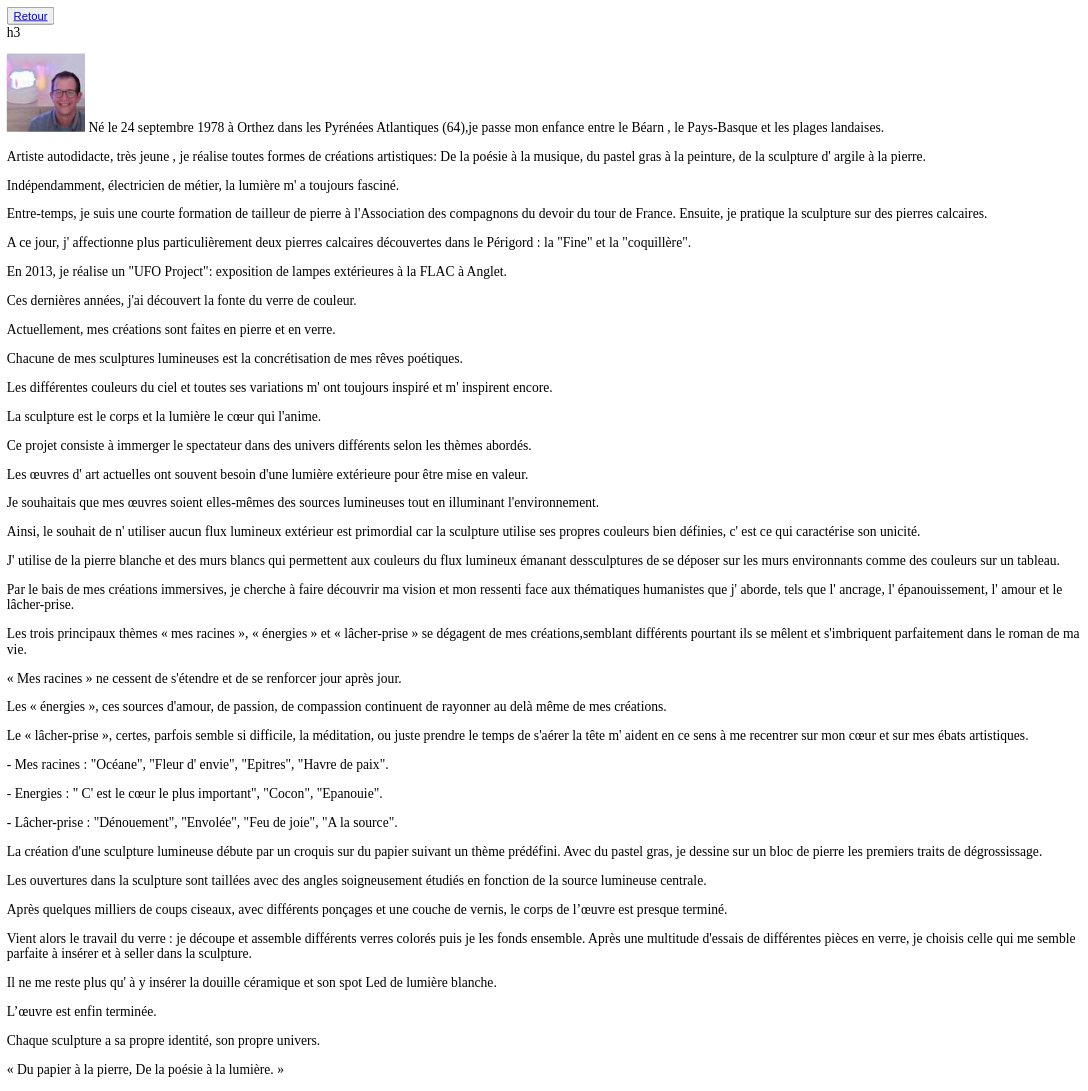
Repository: lysianebo/EricBidart
Page: presentation_more.html
These files come from the project's save history. The page is drawn as it stood at one moment and after the next save; the edit follows.
The browser window is 1280 px wide. The pictures show the whole page, at 85% of full size.

Above is the page before, as saved 2023-10-29 10:10:24.

After the next save:
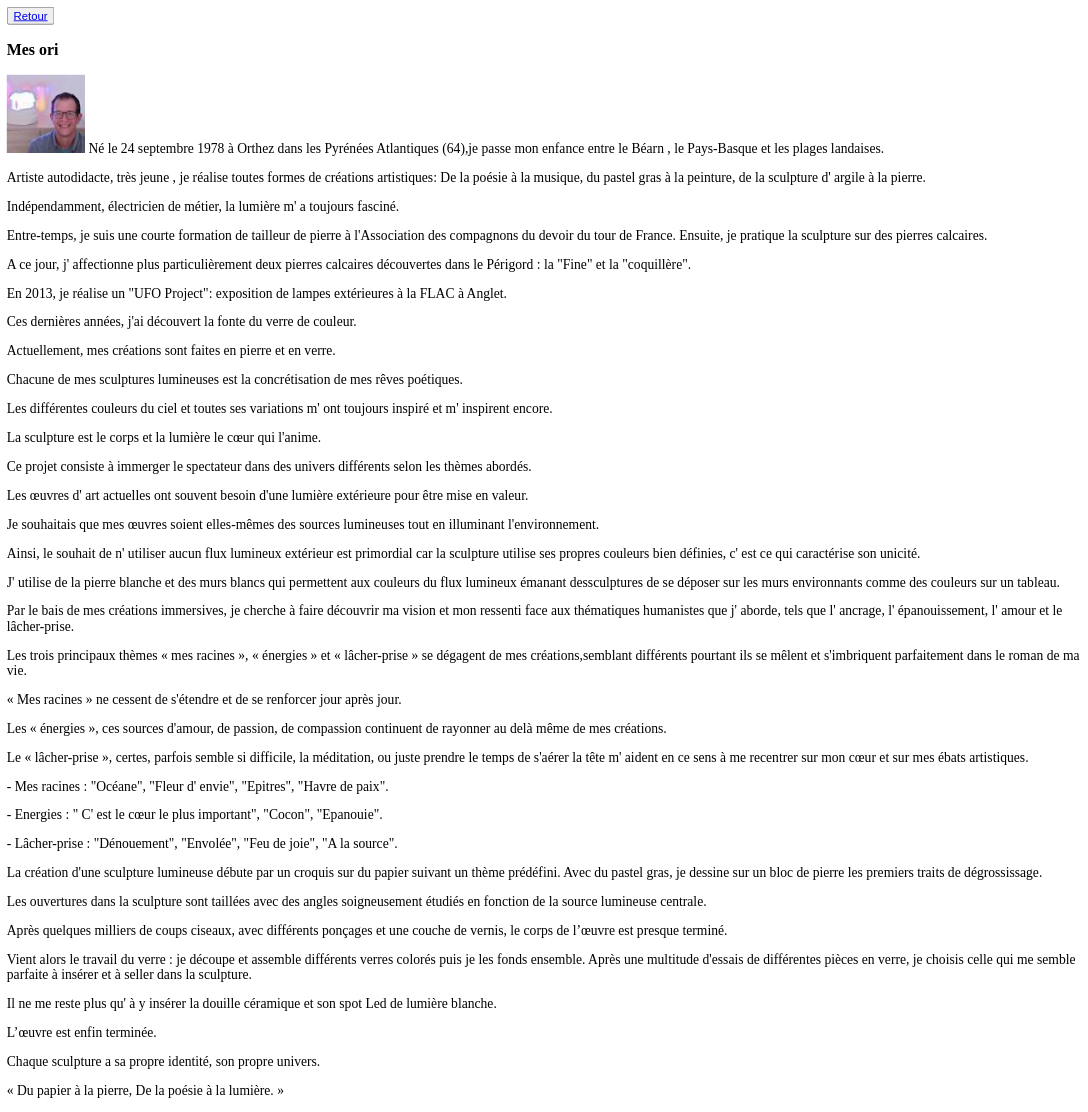
Saved 6 s later.
--- a/presentation_more.html
+++ b/presentation_more.html
@@ -10,7 +10,7 @@
 
     <button class="back-button"><a href="presentation.html">Retour</a></button>
     <div id="presentation" class="content" >
-        h3
+        <h3>Mes ori</h3>
         <p class="text"><img src="public/images/happy_moi.jpeg" alt=""> Né le 24 septembre 1978 à Orthez dans les Pyrénées Atlantiques (64),je passe mon enfance entre le Béarn , le Pays-Basque et les plages landaises.</p>
         <p> Artiste autodidacte, très jeune , je réalise toutes formes de créations artistiques: De la poésie à la musique, du pastel gras à la peinture, de la sculpture d' argile à la pierre.</p>
         <p> Indépendamment, électricien de métier, la lumière m' a toujours fasciné.</p>
